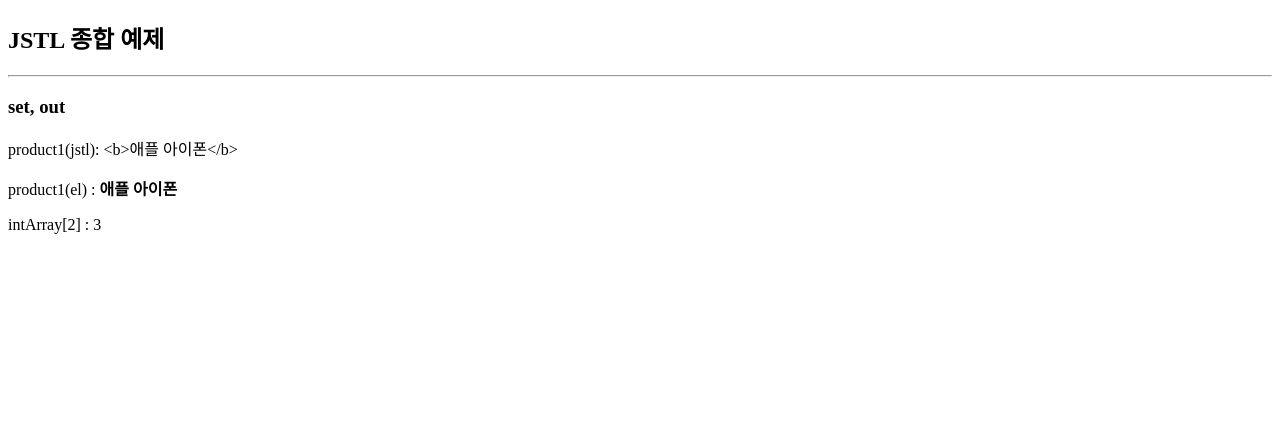
Repository: VvsJaemin/jsp-spring
Page: http://localhost/jwbook/ch07/jstlExam.jsp
The author's editor kept a copy of each file at every save. The page is drawn from the files as they stood at one save, then again after the next save.
The browser window is 1280 px wide. The pictures show the whole page.
The page is served by Tomcat 9. Other server files are loaded and not shown.

Above is the page before, as saved 2021-12-20 13:33:45.

### jwbook/src/main/webapp/ch07/jstlExam.jsp
<%@ page language="java" contentType="text/html; charset=UTF-8"
	pageEncoding="UTF-8"%>
<%@ taglib uri="http://java.sun.com/jsp/jstl/core" prefix="c"%>
<!DOCTYPE html>
<html>
<head>
<meta charset="UTF-8">
<title>Insert title here</title>
</head>
<body>
	<h2>JSTL 종합 예제</h2>
	<hr>
	<h3>set, out</h3>
	<c:set var="product1" value="<b>애플 아이폰</b>" />
	<c:set var="product2" value="삼성 갤럭시 노트" />
	<c:set var="intArray" value="${[1,2,3,4,5] }" />

	<p>
		product1(jstl):
		<c:out value="${product1 }" default="Not registered" escapeXml="true"/>
	</p>

	<p>
		product1(el) : ${product1 }
	</p>

	<p>
		intArray[2] : ${intArray[2]}
	</p>
</body>
</html>

After the next save:
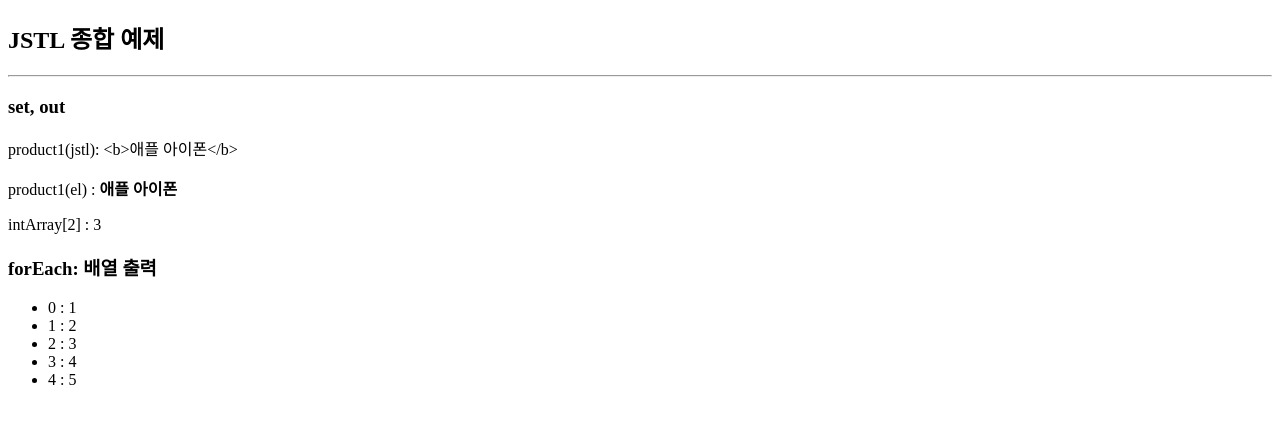
Saved 4 min 36 s later.
--- a/jwbook/src/main/webapp/ch07/jstlExam.jsp
+++ b/jwbook/src/main/webapp/ch07/jstlExam.jsp
@@ -27,5 +27,12 @@
 	<p>
 		intArray[2] : ${intArray[2]}
 	</p>
+
+	<h3>forEach: 배열 출력</h3>
+	<ul>
+		<c:forEach var="num" varStatus="i" items="${intArray }">
+			<li>${i.index } : ${num }</li>
+		</c:forEach>
+	</ul>
 </body>
 </html>
